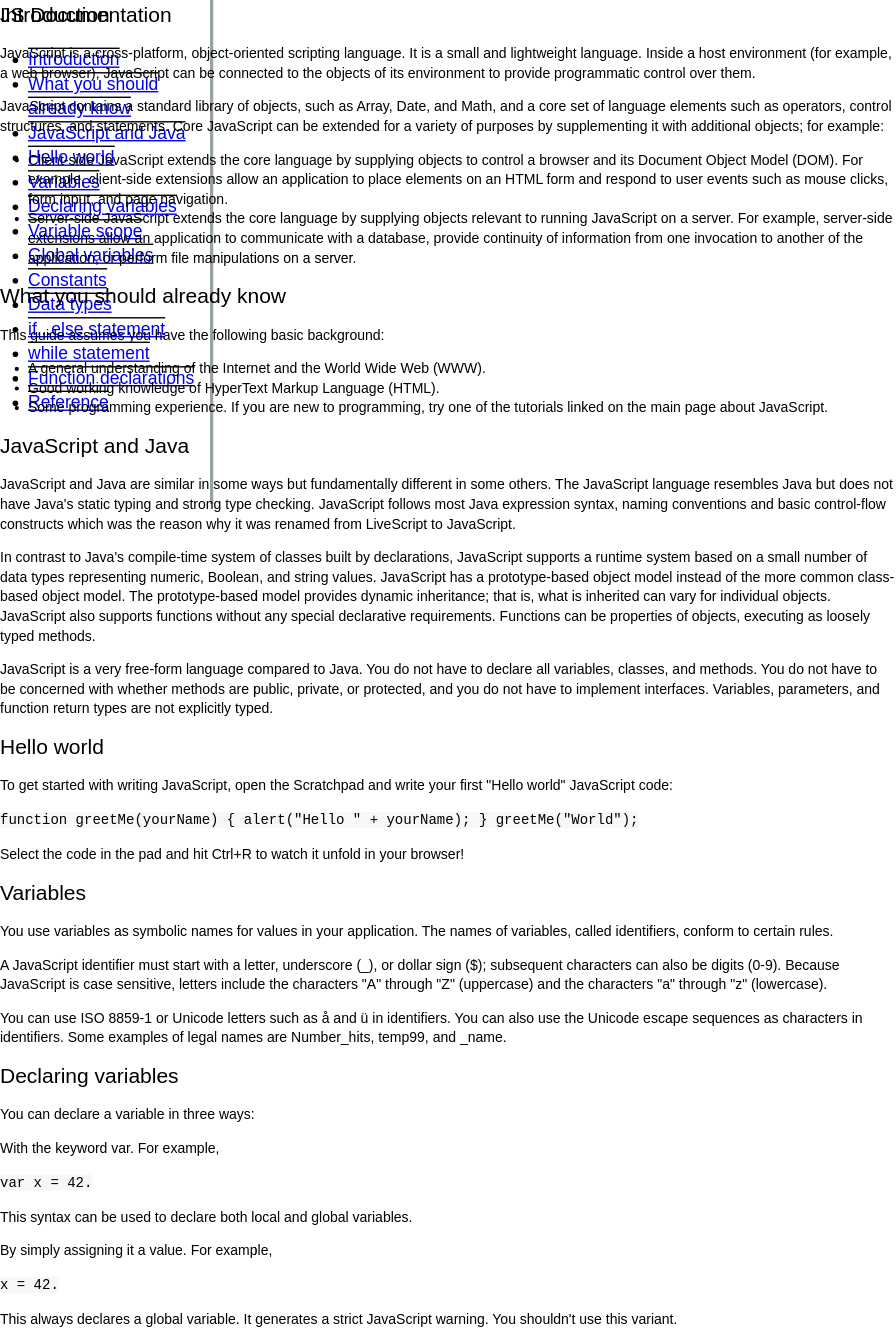
Repository: Lungdjos/technical_document_page_certificate
Page: index.html
An editor plug-in stored every save of this project. The page is shown before and after a run of saves, followed by the edit.
The browser window is 1280 px wide. The pictures show the part of the page from y = 0 to 1920 px (the page is 5728 px tall), at 70% of full size.

Above is the page before, as saved 2023-11-21 22:35:32.

### index.html
<!DOCTYPE html>
<html lang="en">

<head>
    <meta charset="UTF-8">
    <meta name="viewport" content="width=device-width, initial-scale=1.0">
    <title>Technical Document</title>
    <link rel="stylesheet" href="./styles.css">
</head>

<body>
    <nav id="nav-bar">
        <header>JS Documentation</header>
        <ul>
            <li>
                <a href="#Introduction" class="nav-link">Introduction</a>
            </li>
            <li>
                <a href="#What_you_should_already_know" class="nav-link">What you should already know</a>
            </li>
            <li>
                <a href="#JavaScript_and_Java" class="nav-link">JavaScript and Java</a>
            </li>
            <li>
                <a href="#Hello_world" class="nav-link">Hello world</a>
            </li>
            <li>
                <a href="#Variables" class="nav-link">Variables</a>
            </li>
            <li>
                <a href="#Declaring_variables" class="nav-link">Declaring variables</a>
            </li>
            <li>
                <a href="#Variable_scope" class="nav-link">Variable scope</a>
            </li>
            <li>
                <a href="#Global_variables" class="nav-link">Global variables</a>
            </li>
            <li>
                <a href="#Constants" class="nav-link">Constants</a>
            </li>
            <li>
                <a href="#Data_types" class="nav-link">Data types</a>
            </li>
            <li>
                <a href="#if...else_statement" class="nav-link">if...else statement</a>
            </li>
            <li>
                <a href="#while_statement" class="nav-link">while statement</a>
            </li>
            <li>
                <a href="#Function_declarations" class="nav-link">Function declarations</a>
            </li>
            <li>
                <a href="#Reference" class="nav-link">Reference</a>
            </li>
        </ul>
    </nav>
    <main id="main-doc">
        <section class="main-section" id="Introduction">
            <header id="">Introduction</header>
            <p>JavaScript is a cross-platform, object-oriented scripting language. It is a small and lightweight language. Inside a host environment (for example, a web browser), JavaScript can be connected to the objects of its environment to provide programmatic
                control over them.</p>
            <p>JavaScript contains a standard library of objects, such as Array, Date, and Math, and a core set of language elements such as operators, control structures, and statements. Core JavaScript can be extended for a variety of purposes by supplementing
                it with additional objects; for example:
                <ul>
                    <li>Client-side JavaScript extends the core language by supplying objects to control a browser and its Document Object Model (DOM). For example, client-side extensions allow an application to place elements on an HTML form and respond
                        to user events such as mouse clicks, form input, and page navigation.</li>
                    <li>Server-side JavaScript extends the core language by supplying objects relevant to running JavaScript on a server. For example, server-side extensions allow an application to communicate with a database, provide continuity of information
                        from one invocation to another of the application, or perform file manipulations on a server.</li>
                </ul>
            </p>

        </section>
        <section class="main-section" id="What_you_should_already_know">
            <header id="">What you should already know</header>
            <p>This guide assumes you have the following basic background:
                <ul>
                    <li>A general understanding of the Internet and the World Wide Web (WWW).</li>
                    <li>Good working knowledge of HyperText Markup Language (HTML).</li>
                    <li>Some programming experience. If you are new to programming, try one of the tutorials linked on the main page about JavaScript.</li>
                </ul>
            </p>

        </section>
        <section class="main-section" id="JavaScript_and_Java">
            <header id="">JavaScript and Java</header>
            <p>JavaScript and Java are similar in some ways but fundamentally different in some others. The JavaScript language resembles Java but does not have Java's static typing and strong type checking. JavaScript follows most Java expression syntax,
                naming conventions and basic control-flow constructs which was the reason why it was renamed from LiveScript to JavaScript.</p>
            <p>In contrast to Java's compile-time system of classes built by declarations, JavaScript supports a runtime system based on a small number of data types representing numeric, Boolean, and string values. JavaScript has a prototype-based object
                model instead of the more common class-based object model. The prototype-based model provides dynamic inheritance; that is, what is inherited can vary for individual objects. JavaScript also supports functions without any special declarative
                requirements. Functions can be properties of objects, executing as loosely typed methods.</p>
            <p>JavaScript is a very free-form language compared to Java. You do not have to declare all variables, classes, and methods. You do not have to be concerned with whether methods are public, private, or protected, and you do not have to implement
                interfaces. Variables, parameters, and function return types are not explicitly typed.</p>
        </section>
        <section class="main-section" id="Hello_world">
            <header id="">Hello world</header>
            <p>
                To get started with writing JavaScript, open the Scratchpad and write your first "Hello world" JavaScript code:</p>
            <code>function greetMe(yourName) { alert("Hello " + yourName); }
                greetMe("World");</code>
            <p>Select the code in the pad and hit Ctrl+R to watch it unfold in your browser!</p>
        </section>
        <section class="main-section" id="Variables">
            <header id="">Variables</header>
            <p>You use variables as symbolic names for values in your application. The names of variables, called identifiers, conform to certain rules.</p>
            <p>A JavaScript identifier must start with a letter, underscore (_), or dollar sign ($); subsequent characters can also be digits (0-9). Because JavaScript is case sensitive, letters include the characters "A" through "Z" (uppercase) and the
                characters "a" through "z" (lowercase).</p>
            <p>You can use ISO 8859-1 or Unicode letters such as å and ü in identifiers. You can also use the Unicode escape sequences as characters in identifiers. Some examples of legal names are Number_hits, temp99, and _name.</p>
        </section>
        <section class="main-section" id="Declaring_variables">
            <header id="">Declaring variables</header>
            <p>You can declare a variable in three ways:</p>
            <p>With the keyword var. For example,</p>
            <code>var x = 42.</code>
            <p>This syntax can be used to declare both local and global variables.</p>
            <p>By simply assigning it a value. For example,</p>
            <code>x = 42.</code><br>
            <p>This always declares a global variable. It generates a strict JavaScript warning. You shouldn't use this variant.</p>
            <p>With the keyword let. For example,</p>
            <code>let y = 13.</code>
            <p>This syntax can be used to declare a block scope local variable. See Variable scope below.</p>
        </section>
        <section class="main-section" id="Variable_scope">
            <header id="">Variable scope</header>
            <p>When you declare a variable outside of any function, it is called a global variable, because it is available to any other code in the current document. When you declare a variable within a function, it is called a local variable, because it
                is available only within that function.</p>
            <p>JavaScript before ECMAScript 2015 does not have block statement scope; rather, a variable declared within a block is local to the function (or global scope) that the block resides within. For example the following code will log 5, because
                the scope of x is the function (or global context) within which x is declared, not the block, which in this case is an if statement.</p>
            <code>if (true) { var x = 5; } console.log(x); // 5</code>
            <p>This behavior changes, when using the let declaration introduced in ECMAScript 2015.</p>
            <code>if (true) { let y = 5; } console.log(y); // ReferenceError: y is
                not defined</code>
        </section>
        <section class="main-section" id="Global_variables">
            <header id="">Global variables</header>
            <p>Global variables are in fact properties of the global object. In web pages the global object is window, so you can set and access global variables using the window.variable syntax.</p>
            <p>Consequently, you can access global variables declared in one window or frame from another window or frame by specifying the window or frame name. For example, if a variable called phoneNumber is declared in a document, you can refer to this
                variable from an iframe as parent.phoneNumber.</p>
        </section>
        <section class="main-section" id="Constants">
            <header id="">Constants</header>
            <p>You can create a read-only, named constant with the const keyword. The syntax of a constant identifier is the same as for a variable identifier: it must start with a letter, underscore or dollar sign and can contain alphabetic, numeric, or
                underscore characters.</p>
            <code>const PI = 3.14;</code>
            <p>A constant cannot change value through assignment or be re-declared while the script is running. It has to be initialized to a value.</p>
            <p>The scope rules for constants are the same as those for let block scope variables. If the const keyword is omitted, the identifier is assumed to represent a variable.</p>
            <p>You cannot declare a constant with the same name as a function or variable in the same scope. For example:</p>
            <code>// THIS WILL CAUSE AN ERROR function f() {}; const f = 5; // THIS
                WILL CAUSE AN ERROR ALSO function f() { const g = 5; var g;
                //statements }</code>
            <p>However, object attributes are not protected, so the following statement is executed without problems.</p>
            <code>const MY_OBJECT = {"key": "value"}; MY_OBJECT.key =
                "otherValue";</code>
        </section>
        <section class="main-section" id="Data_types">
            <header id="">Data types</header>
            <p>The latest ECMAScript standard defines seven data types:
                <ul>
                    <li>Six data types that are primitives:
                        <ul>
                            <li>Boolean. true and false.</li>
                            <li>null. A special keyword denoting a null value. Because JavaScript is case-sensitive, null is not the same as Null, NULL, or any other variant.</li>
                            <li>undefined. A top-level property whose value is undefined.</li>
                            <li>Number. 42 or 3.14159.</li>
                            <li>String. "Howdy"</li>
                            <li>Symbol (new in ECMAScript 2015). A data type whose instances are unique and immutable.</li>
                        </ul>
                    </li>
                    <li>and Object</li>
                </ul>
            </p>
            <p>Although these data types are a relatively small amount, they enable you to perform useful functions with your applications. Objects and functions are the other fundamental elements in the language. You can think of objects as named containers
                for values, and functions as procedures that your application can perform.</p>
        </section>
        <section class="main-section" id="if...else_statement">
            <header id="">if...else statement</header>
            <p>Use the if statement to execute a statement if a logical condition is true. Use the optional else clause to execute a statement if the condition is false. An if statement looks as follows:</p>
            <code>if (condition) { statement_1; } else { statement_2; }</code>
            <p>condition can be any expression that evaluates to true or false. See Boolean for an explanation of what evaluates to true and false. If condition evaluates to true, statement_1 is executed; otherwise, statement_2 is executed. statement_1 and
                statement_2 can be any statement, including further nested if statements.</p>
            <p>You may also compound the statements using else if to have multiple conditions tested in sequence, as follows:</p>
            <code>if (condition_1) { statement_1; } else if (condition_2) {
                statement_2; } else if (condition_n) { statement_n; } else {
                statement_last; }</code>
            <p>In the case of multiple conditions only the first logical condition which evaluates to true will be executed. To execute multiple statements, group them within a block statement ({ ... }) . In general, it's good practice to always use block
                statements, especially when nesting if statements:</p>
            <code>if (condition) { statement_1_runs_if_condition_is_true;
                statement_2_runs_if_condition_is_true; } else {
                statement_3_runs_if_condition_is_false;
                statement_4_runs_if_condition_is_false; }</code>
            <p>It is advisable to not use simple assignments in a conditional expression, because the assignment can be confused with equality when glancing over the code. For example, do not use the following code:</p>
            <code>if (x = y) { /* statements here */ }</code>
            <p>If you need to use an assignment in a conditional expression, a common practice is to put additional parentheses around the assignment. For example:</p>
            <code>if ((x = y)) { /* statements here */ }</code>
        </section>
        <section class="main-section" id="while_statement">
            <header id="">while statement</header>
            <p>A while statement executes its statements as long as a specified condition evaluates to true. A while statement looks as follows:</p>
            <code>while (condition) statement</code>
            <p>If the condition becomes false, statement within the loop stops executing and control passes to the statement following the loop.</p>
            <p>The condition test occurs before statement in the loop is executed. If the condition returns true, statement is executed and the condition is tested again. If the condition returns false, execution stops and control is passed to the statement
                following while.</p>
            <p>To execute multiple statements, use a block statement ({ ... }) to group those statements.</p>
            <p>Example: <br> The following while loop iterates as long as n is less than three:</p>
            <code>var n = 0; var x = 0; while (n < 3) { n++; x += n; }</code>
            <p>With each iteration, the loop increments n and adds that value to x. Therefore, x and n take on the following values:
                <ul>
                    <li>After the first pass: n = 1 and x = 1</li>
                    <li>After the second pass: n = 2 and x = 3</li>
                    <li>After the third pass: n = 3 and x = 6</li>
                </ul>
            </p>
            <p>After completing the third pass, the condition n
                < 3 is no longer true, so the loop terminates.</p>
        </section>
        <section class="main-section" id="Function_declarations">
            <header id="">Function declarations</header>
            <p>A function definition (also called a function declaration, or function statement) consists of the function keyword, followed by:
                <ul>
                    <li>The name of the function.</li>
                    <li>A list of arguments to the function, enclosed in the parentheses and separated by commas.</li>
                    <li>The JavaScript statement that defines the function, enclosed in curly brackets, {}.</li>
                </ul>
            </p>
            <p>For example, the following code defines a simple function named square:</p>
            <code>function square(number) { return number * number; }</code>
            <p>The function square takes one argument, called number. The function consists of one statement that says to return the argument of the function (that is, number) multiplied by itself. The return statement specifies the value returned by the
                function.
            </p>
            <code>return number * number;</code>
            <p>Primitive parameters (such as a number) are passed to functions by value; the value is passed to the function, but if the function changes the value of the parameter, this change is not reflected globally or in the calling function.</p>
        </section>
        <section class="main-section" id="Reference">
            <header id="">Reference</header>
            <ul>
                <li>All the documentation in this page is taken from
                    <a href="https://developer.mozilla.org/en-US/docs/Web/JavaScript/Guide" target="_blank">MDN</a>
                </li>
            </ul>
        </section>
    </main>
</body>

</html>

### styles.css
/* A technical document page stylings */

html {
    box-sizing: border-box;
}

header {
    font-size: 30px;
    font-weight: 500;
}

body {
    font-family: Arial, Helvetica, sans-serif;
    font-size: 20px;
    margin: 0;
    line-height: 1.4;
    min-width: 280px;
}


/* nav bar styling */

#nav-bar {
    position: fixed;
    border-right: 5px solid #99a2a2;
    height: 100%;
    width: 300px;
    left: 0;
    top: 0;
    min-width: 280px;
}

#nav-bar ul {
    font-size: 25px;
    font-weight: 400;
}

.nav-link {
    border-top: 2px solid #000;
    margin-top: 10px;
}


/* body styling */

code {
    background-color: #f7f7f7;
    border-radius: 4px;
    width: 500px;
    height: 30px;
    padding: auto;
}

main {
    position: absolute;
    margin: 0;
}

After the next 4 saves:
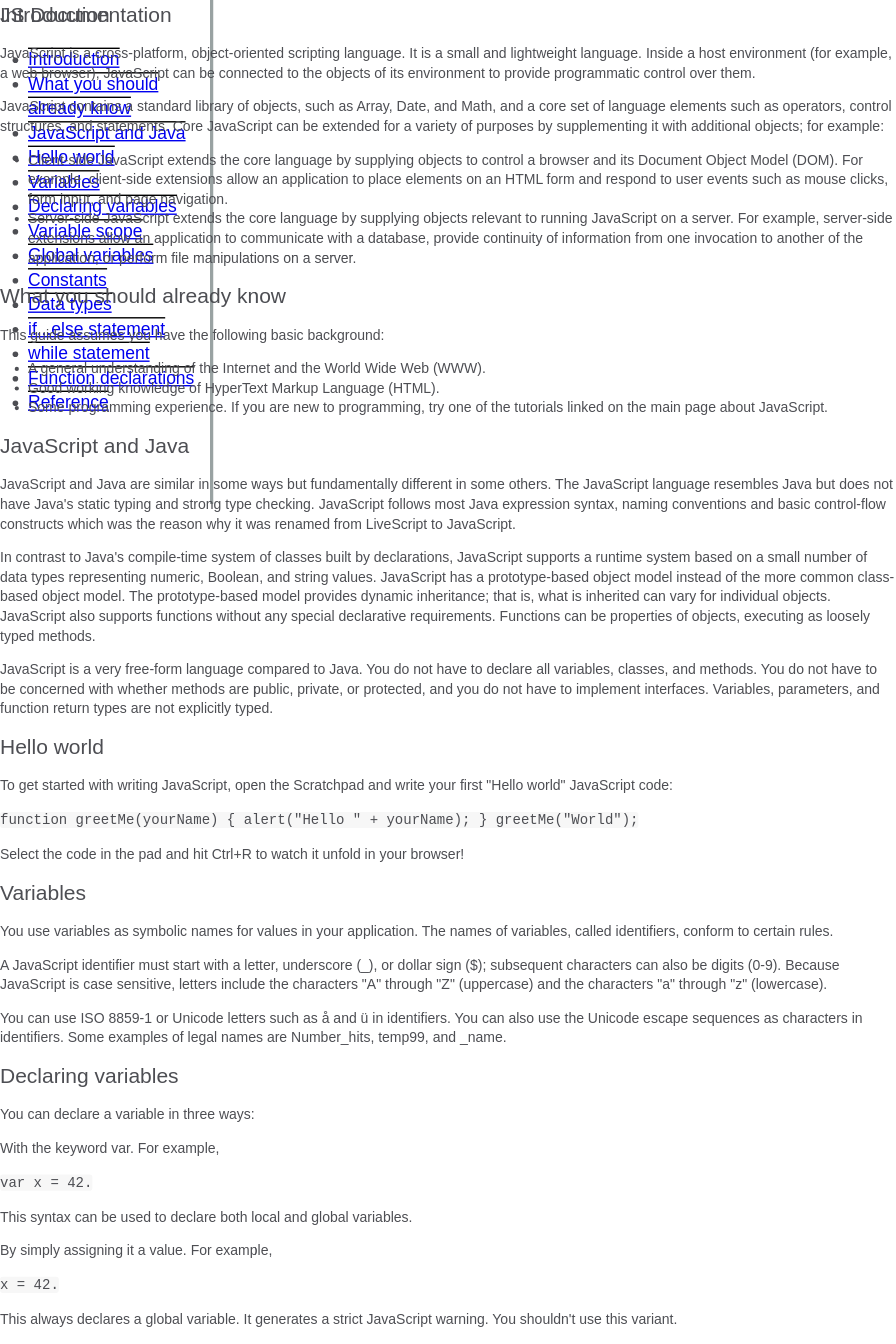
The 4 saves are shown as one change because they came seconds apart.
The last was saved 104 s later.
--- a/styles.css
+++ b/styles.css
@@ -15,6 +15,7 @@ body {
     margin: 0;
     line-height: 1.4;
     min-width: 280px;
+    color: #4d4e53;
 }
 
 
